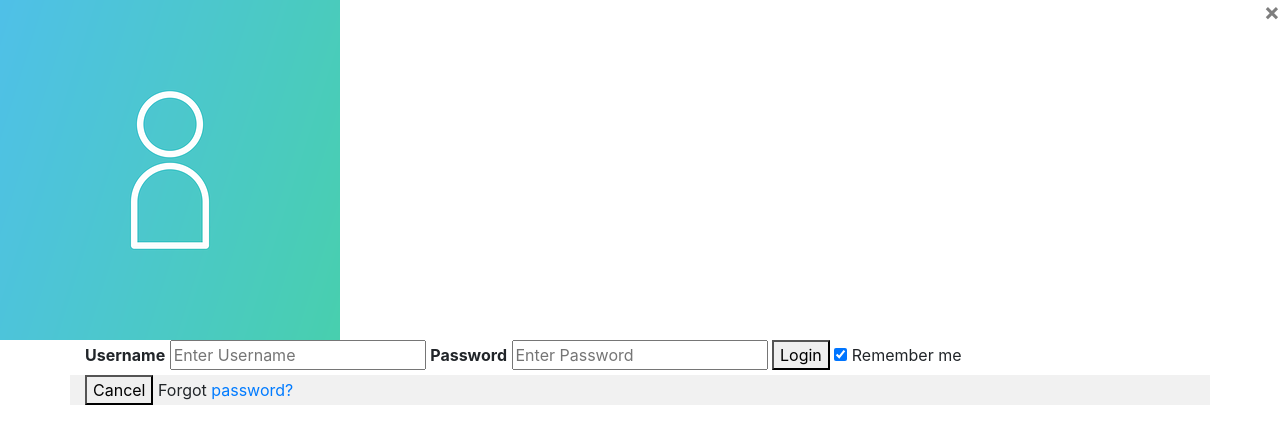
Repository: siddkamble2424/MyProject
Page: http://localhost/MyProject/userLogin.jsp
The author's editor kept a copy of each file at every save. The page is drawn from the files as they stood at one save, then again after the next save.
The browser window is 1280 px wide. The pictures show the whole page.
The page is served by Tomcat 9.

Above is the page before, as saved 2019-11-26 16:38:40.

After the next save:
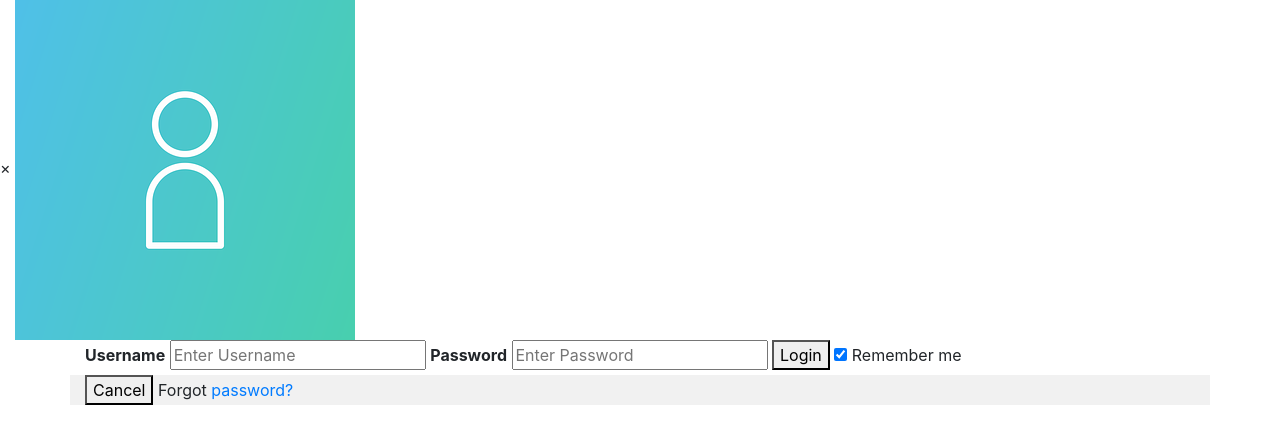
Saved 22 min 2 s later.
--- a/MyProject/WebContent/userLogin.jsp
+++ b/MyProject/WebContent/userLogin.jsp
@@ -13,7 +13,7 @@
 
   <form  action="login.jsp" method="post">
     <div class="imgcontainer">
-      <span onclick="document.getElementById('id01').style.display='none'" class="close" title="Close Modal">&times;</span>
+      <span onclick="document.getElementById('id01').style.display='none'">&times;</span>
       <img src="images/profile.jpg" >
     </div>
 
